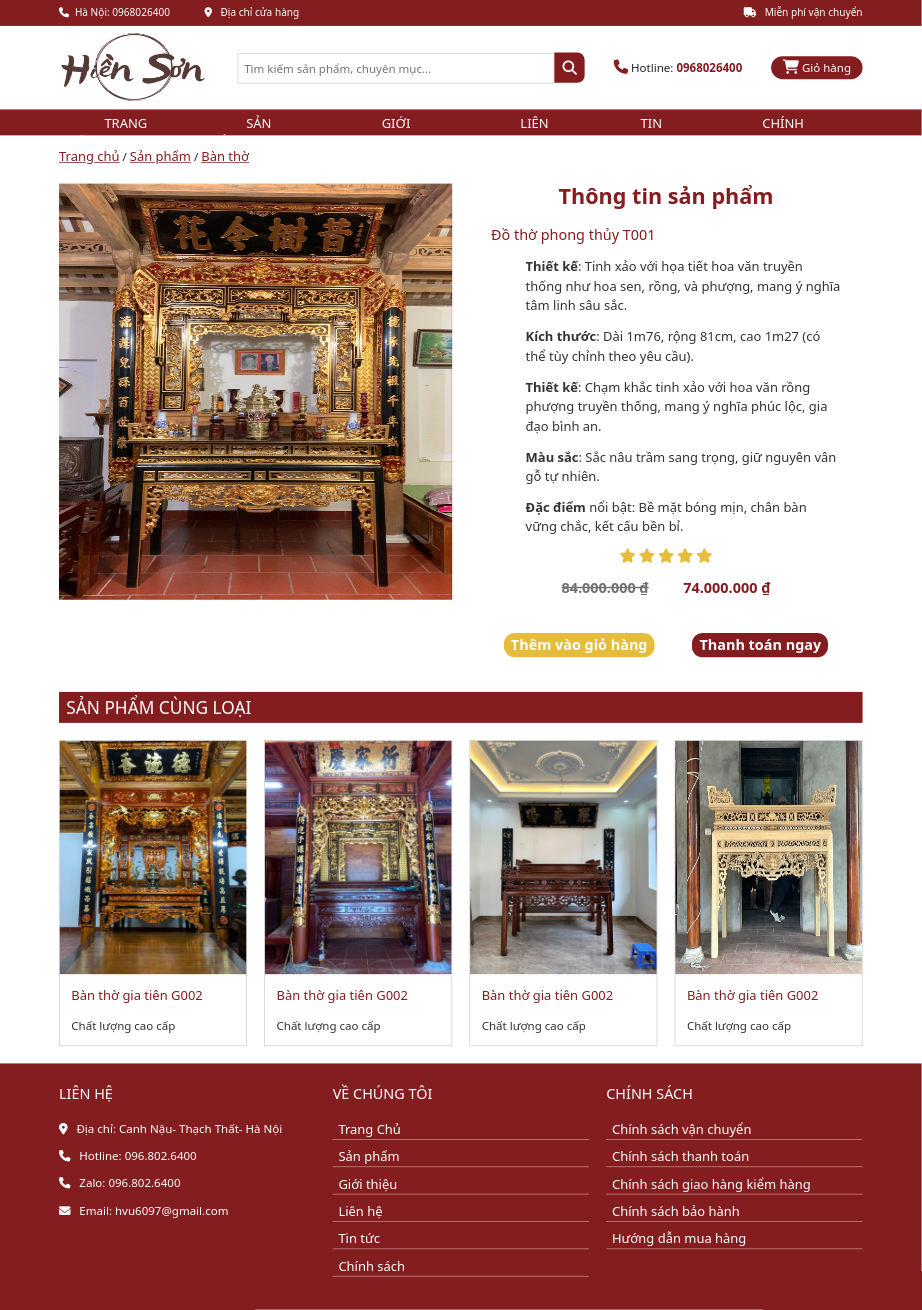
Repository: hoang28092000/do_go_hien_son
Page: product_details/do_tho-t001.html
An editor plug-in stored every save of this project. The page is shown before and after the next save, followed by the edit.
The browser window is 1280 px wide. The pictures show the whole page, at 72% of full size.
Some web libraries are served in a nearby version.

Above is the page before, as saved 2024-08-10 22:26:04.

After the next save:
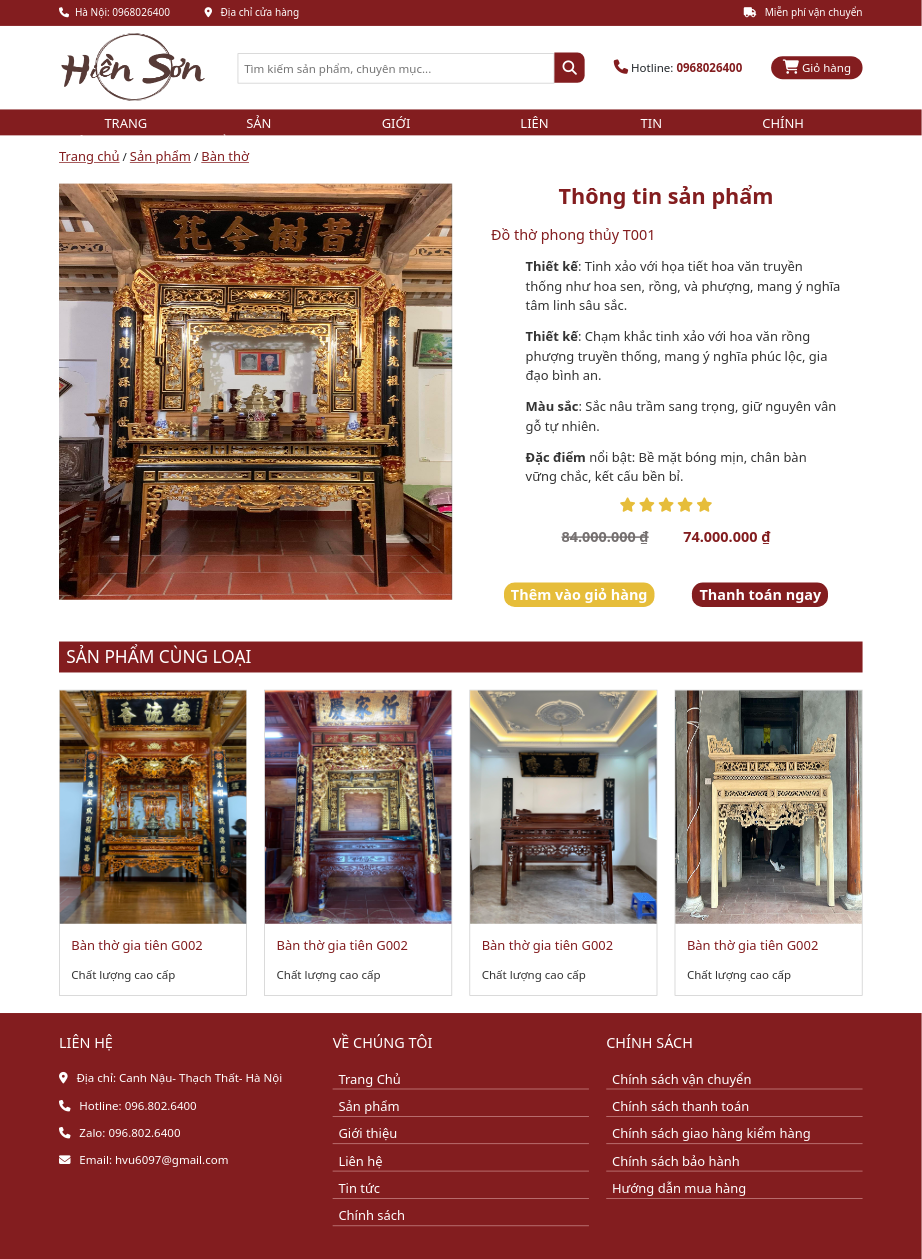
Saved 28 s later.
--- a/product_details/do_tho-t001.html
+++ b/product_details/do_tho-t001.html
@@ -94,9 +94,7 @@
                                 <p class="txt-pd ps-5">
                                     <b>Thiết kế</b>: Tinh xảo với họa tiết hoa văn truyền thống như hoa sen, rồng, và phượng, mang ý nghĩa tâm linh sâu sắc.
                                 </p>
-                                <p class="txt-pd ps-5">
-                                    <b>Kích thước</b>: Dài 1m76, rộng 81cm, cao 1m27 (có thể tùy chỉnh theo yêu cầu).
-                                </p>
+
                                 <p class="txt-pd ps-5">
                                     <b>Thiết kế</b>: Chạm khắc tinh xảo với hoa văn rồng phượng truyền thống, mang ý nghĩa phúc lộc, gia đạo bình an.
                                 </p>
